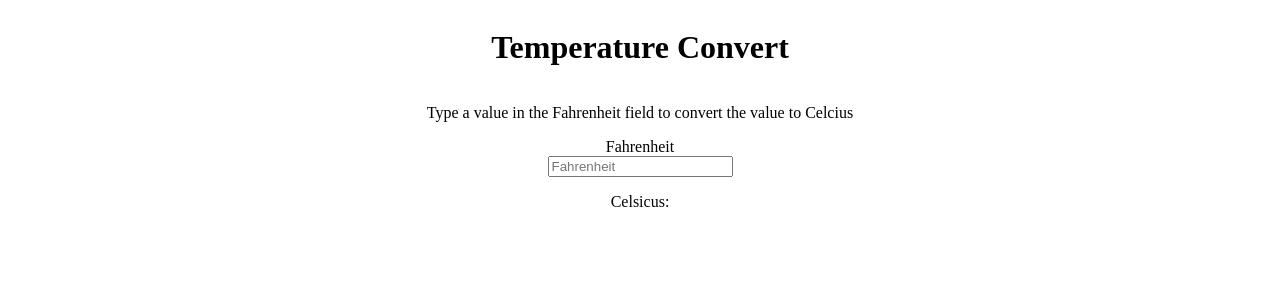
Repository: tungts3qb/BTCodeGym
Page: temprate-convert.html
These files come from the project's save history. The page is drawn as it stood at one moment and after the next save; the edit follows.
The browser window is 1280 px wide. The pictures show the whole page.

Above is the page before, as saved 2023-01-11 14:29:45.

After the next save:
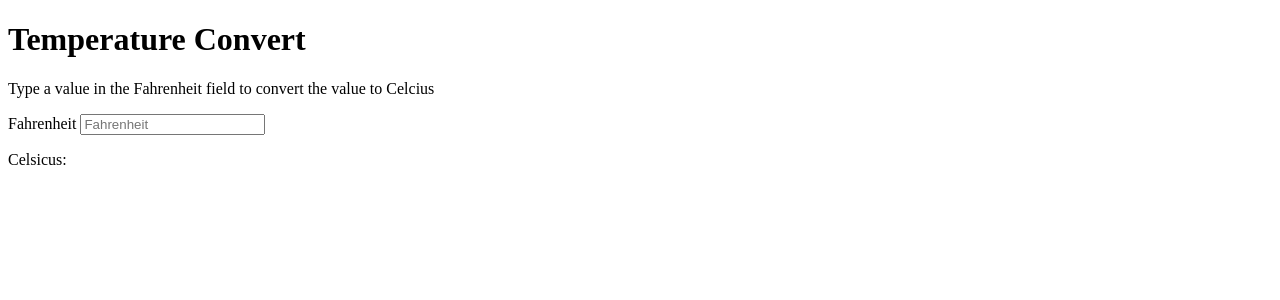
Saved 12 s later.
--- a/temprate-convert.html
+++ b/temprate-convert.html
@@ -9,10 +9,6 @@
   <body>
     <style>
       #form {
-        display: flex;
-        flex-direction: column;
-        justify-content: center;
-        align-items: center;
       }
     </style>
     <form action="" id="form">
